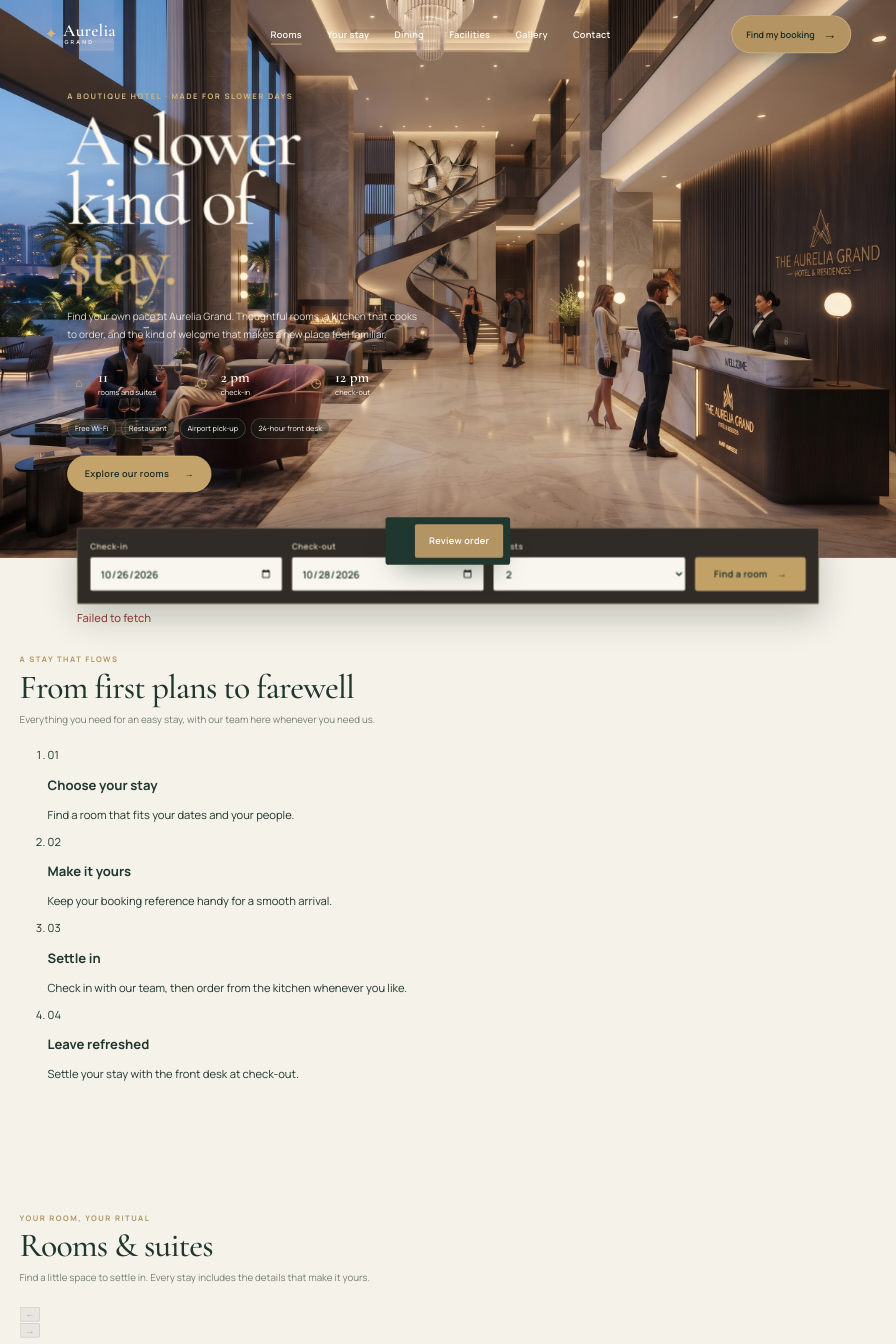
Repository: Deneththri/Hotel-System
Page: public/index.html
These files come from the project's save history. The page is drawn as it stood at one moment and after a run of saves; the edit follows.
The browser window is 1280 px wide. The pictures show the part of the page from y = 0 to 1920 px (the page is 3943 px tall before and 3866 px after), at 70% of full size.
The page's requests for data from a server got no answer.

Above is the page before, as saved 2026-11-08 01:41:45.

### public/index.html
<!DOCTYPE html>
<html lang="en">

<head>
  <meta charset="utf-8">
  <meta name="viewport" content="width=device-width,initial-scale=1">
  <meta name="theme-color" content="#17352d">
  <meta name="description" content="Find your own pace at Aurelia Grand. Thoughtful rooms, a kitchen that cooks to order, and a warm welcome.">
  <title>Aurelia Grand | A slower kind of stay</title>
  <link rel="preconnect" href="https://fonts.googleapis.com">
  <link rel="preconnect" href="https://fonts.gstatic.com" crossorigin>
  <link href="https://fonts.googleapis.com/css2?family=Cormorant+Garamond:wght@500;600;700&family=Manrope:wght@400;500;600;700&display=swap" rel="stylesheet">
  <link rel="stylesheet" href="style.css">
</head>

<body class="landing-page">
  <a class="skip-link" href="#main">Skip to content</a>
  <header class="nav">
    <div class="brand-wrap">
      <span class="brand-mark" aria-hidden="true">✦</span>
      <a class="brand brand-lockup" href="#top" aria-label="Aurelia Grand home"><span class="brand-name">Aurelia</span><span class="brand-subtitle">GRAND</span></a>
    </div>
    <nav class="main-nav" id="mainNav" aria-label="Main navigation">
      <a href="#stay">Rooms</a>
      <a href="#journey">Your stay</a>
      <a href="#dining">Dining</a>
      <a href="#facilities">Facilities</a>
      <a href="#gallery">Gallery</a>
      <a href="#contact">Contact</a>
    </nav>
    <a class="booking-pill" href="#manage">Find my booking <span aria-hidden="true">→</span></a>
    <button class="menu-toggle" type="button" aria-label="Open menu" aria-controls="mainNav" aria-expanded="false">☰</button>
  </header>

  <main id="main" class="landing-shell">
    <section class="hero" id="top" aria-labelledby="heroTitle">
      <div class="hero-copy">
        <p class="eyebrow">A BOUTIQUE HOTEL · MADE FOR SLOWER DAYS</p>
        <h1 class="hero-title" id="heroTitle"><span>A slower</span><span>kind of</span><span>stay.</span></h1>
        <p class="lead">Find your own pace at Aurelia Grand. Thoughtful rooms, a kitchen that cooks to order, and the kind of welcome that makes a new place feel familiar.</p>
        <div class="stats" aria-label="Hotel information">
          <div class="stat-item"><span class="stat-icon" aria-hidden="true">⌂</span><div><strong>11</strong><small>rooms and suites</small></div></div>
          <div class="stat-item"><span class="stat-icon" aria-hidden="true">◷</span><div><strong>2 pm</strong><small>check-in</small></div></div>
          <div class="stat-item"><span class="stat-icon" aria-hidden="true">◷</span><div><strong>12 pm</strong><small>check-out</small></div></div>
        </div>
        <div class="amen" aria-label="Hotel amenities">
          <span>Free Wi-Fi</span><span>Restaurant</span><span>Airport pick-up</span><span>24-hour front desk</span>
        </div>
        <a class="btn dark hero-cta" href="#search">Explore our rooms <span aria-hidden="true">→</span></a>
      </div>
    </section>

    <form id="search" class="card search booking-search" aria-label="Search room availability">
      <label>Check-in<input type="date" id="checkIn" required></label>
      <label>Check-out<input type="date" id="checkOut" required></label>
      <label>Guests<select id="guests">
        <option>1</option><option selected>2</option><option>3</option><option>4</option>
      </select></label>
      <button class="btn" type="submit">Find a room <span aria-hidden="true">→</span></button>
    </form>
    <p id="searchMsg" class="msg" role="status" aria-live="polite"></p>

    <section id="journey" class="section journey-section" aria-labelledby="journeyTitle">
      <div class="section-heading" data-reveal>
        <p class="eyebrow">A STAY THAT FLOWS</p>
        <h2 id="journeyTitle">From first plans to farewell</h2>
        <p class="muted">Everything you need for an easy stay, with our team here whenever you need us.</p>
      </div>
      <ol class="journey-track">
        <li class="journey-step" data-reveal><span class="journey-number">01</span><div><h3>Choose your stay</h3><p>Find a room that fits your dates and your people.</p></div></li>
        <li class="journey-step" data-reveal><span class="journey-number">02</span><div><h3>Make it yours</h3><p>Keep your booking reference handy for a smooth arrival.</p></div></li>
        <li class="journey-step" data-reveal><span class="journey-number">03</span><div><h3>Settle in</h3><p>Check in with our team, then order from the kitchen whenever you like.</p></div></li>
        <li class="journey-step" data-reveal><span class="journey-number">04</span><div><h3>Leave refreshed</h3><p>Settle your stay with the front desk at check-out.</p></div></li>
      </ol>
    </section>

    <section id="stay" class="section stay-section">
      <div class="section-heading" data-reveal>
        <p class="eyebrow">YOUR ROOM, YOUR RITUAL</p>
        <h2>Rooms &amp; suites</h2>
        <p class="muted">Find a little space to settle in. Every stay includes the details that make it yours.</p>
      </div>
      <div class="room-carousel">
        <button class="room-arrow room-arrow-prev" type="button" aria-label="Show previous rooms" aria-controls="rooms" disabled>&larr;</button>
        <div id="rooms" class="grid room-track" aria-live="polite" tabindex="0"></div>
        <button class="room-arrow room-arrow-next" type="button" aria-label="Show more rooms" aria-controls="rooms" disabled>&rarr;</button>
      </div>
    </section>

    <section id="facilities" class="section facilities-section">
      <div class="section-heading" data-reveal>
        <p class="eyebrow">THE LITTLE THINGS, TAKEN CARE OF</p>
        <h2>Make yourself at home</h2>
        <p class="muted">A thoughtful stay is made up of more than a room. Settle in, and let us take care of the rest.</p>
      </div>
      <div class="facility-grid">
        <article class="facility-card" data-reveal><span class="facility-icon" aria-hidden="true">⌁</span><h3>Room to unwind</h3><p>Comfortable rooms and suites with the details you need to slow down and settle in.</p></article>
        <article class="facility-card" data-reveal><span class="facility-icon" aria-hidden="true">✳</span><h3>Made-to-order dining</h3><p>Freshly prepared favourites from our kitchen, delivered to your room or ready to collect.</p></article>
        <article class="facility-card" data-reveal><span class="facility-icon" aria-hidden="true">◷</span><h3>Here whenever you need us</h3><p>Our front desk is available around the clock, with airport pick-up available on request.</p></article>
      </div>
    </section>

    <section id="gallery" class="section gallery-section">
      <div class="gallery-copy" data-reveal>
        <p class="eyebrow">A GLIMPSE OF OLU</p>
        <h2>Arrive, and exhale.</h2>
        <p class="muted">Tropical greenery, warm light and a welcome that feels like it has been waiting just for you.</p>
        <a class="text-link" href="#search">Find your stay <span aria-hidden="true">→</span></a>
      </div>
      <figure class="gallery-photo" data-reveal role="img" aria-label="A serene guest room opening onto the hotel garden"></figure>
    </section>

    <section id="dining" class="section dining">
      <div class="section-heading" data-reveal>
        <p class="eyebrow">FROM OUR KITCHEN</p>
        <h2>A little something delicious</h2>
        <p class="muted">Order from our kitchen. Add your booking reference at checkout and we'll bring it to your room.</p>
      </div>
      <div id="menuStatus" class="muted" role="status" aria-live="polite"></div>
      <div id="tabs" class="tabs" aria-label="Menu categories"></div>
      <div id="menu"></div>
    </section>

    <section id="contact" class="section contact-section">
      <div data-reveal>
        <p class="eyebrow">A WARM WELCOME, ALWAYS</p>
        <h2>We're here to help.</h2>
        <p class="muted">Need a hand with an upcoming stay? Look up your booking or browse the kitchen menu.</p>
      </div>
      <div class="contact-actions" data-reveal>
        <a class="btn dark" href="#manage">Find my booking <span aria-hidden="true">→</span></a>
        <a class="btn ghost" href="#dining">Explore dining</a>
      </div>
    </section>

    <section id="manage" class="section narrow">
      <div class="section-heading" data-reveal>
        <p class="eyebrow">YOUR STAY, AT YOUR FINGERTIPS</p>
        <h2>Find my booking</h2>
        <p class="muted">Enter your reference and the email you booked with to view or cancel.</p>
      </div>
      <form id="lookup" class="card lookup">
        <input id="lref" placeholder="Reference, e.g. OL-1A2B3C" aria-label="Booking reference" required>
        <input id="lemail" type="email" placeholder="Email address" aria-label="Booking email address" required>
        <button class="btn ghost" type="submit">Find booking</button>
      </form>
      <p id="lookupMsg" class="msg" role="status" aria-live="polite"></p>
      <div id="lookupResult"></div>
    </section>
  </main>

  <footer><a class="footer-brand" href="#top">Aurelia Grand</a><span>Thoughtful stays, at your own pace.</span><a href="#contact">Get in touch</a><a href="/admin.html">Staff sign in</a></footer>
  <div class="cartbar" id="cartbar"><span></span><button class="btn" id="reviewBtn">Review order</button></div>
  <button class="pill" id="pill" hidden></button>
  <div id="modal" class="modal" hidden>
    <div class="sheet card" role="dialog" aria-modal="true" aria-labelledby="sheetTitle">
      <button class="x" id="close" aria-label="Close">&times;</button>
      <div id="sheetBody"></div>
    </div>
  </div>
  <script src="app.js"></script>
</body>

</html>

Loaded but not shown: public/app.js (140 lines, source omitted); public/style.css (2843 lines, source omitted)

After the next 3 saves:
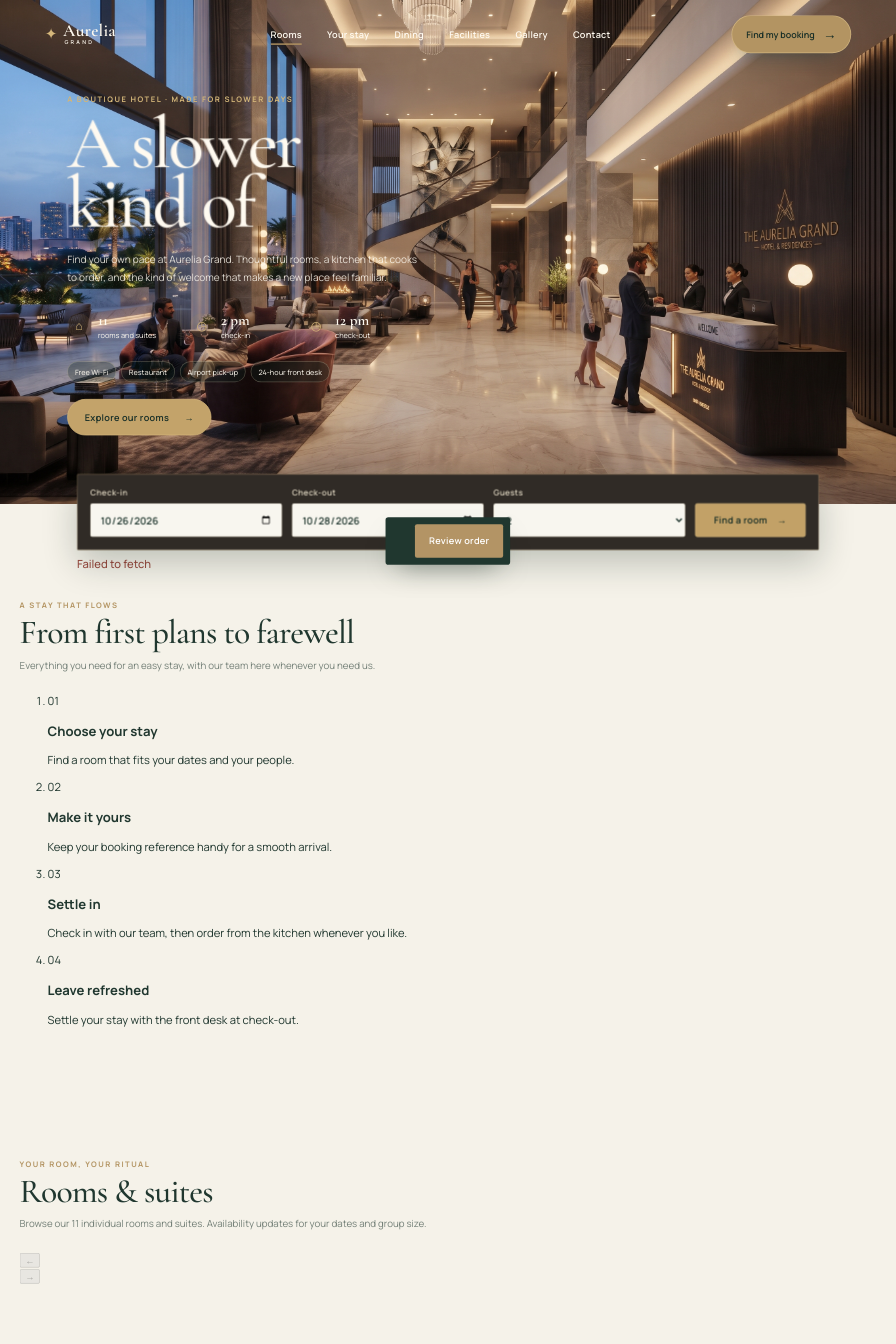
The 3 saves are shown as one change because they came seconds apart.
The last was saved 12 h 13 min later.
--- a/public/index.html
+++ b/public/index.html
@@ -36,7 +36,7 @@
     <section class="hero" id="top" aria-labelledby="heroTitle">
       <div class="hero-copy">
         <p class="eyebrow">A BOUTIQUE HOTEL · MADE FOR SLOWER DAYS</p>
-        <h1 class="hero-title" id="heroTitle"><span>A slower</span><span>kind of</span><span>stay.</span></h1>
+        <h1 class="hero-title" id="heroTitle"><span>A slower</span><span>kind of</span><stay.</span></h1>
         <p class="lead">Find your own pace at Aurelia Grand. Thoughtful rooms, a kitchen that cooks to order, and the kind of welcome that makes a new place feel familiar.</p>
         <div class="stats" aria-label="Hotel information">
           <div class="stat-item"><span class="stat-icon" aria-hidden="true">⌂</span><div><strong>11</strong><small>rooms and suites</small></div></div>
@@ -78,8 +78,9 @@
       <div class="section-heading" data-reveal>
         <p class="eyebrow">YOUR ROOM, YOUR RITUAL</p>
         <h2>Rooms &amp; suites</h2>
-        <p class="muted">Find a little space to settle in. Every stay includes the details that make it yours.</p>
+        <p class="muted">Browse our 11 individual rooms and suites. Availability updates for your dates and group size.</p>
       </div>
+      <p class="room-results-meta" id="roomResultsMeta" role="status" aria-live="polite"></p>
       <div class="room-carousel">
         <button class="room-arrow room-arrow-prev" type="button" aria-label="Show previous rooms" aria-controls="rooms" disabled>&larr;</button>
         <div id="rooms" class="grid room-track" aria-live="polite" tabindex="0"></div>

After the save that followed:
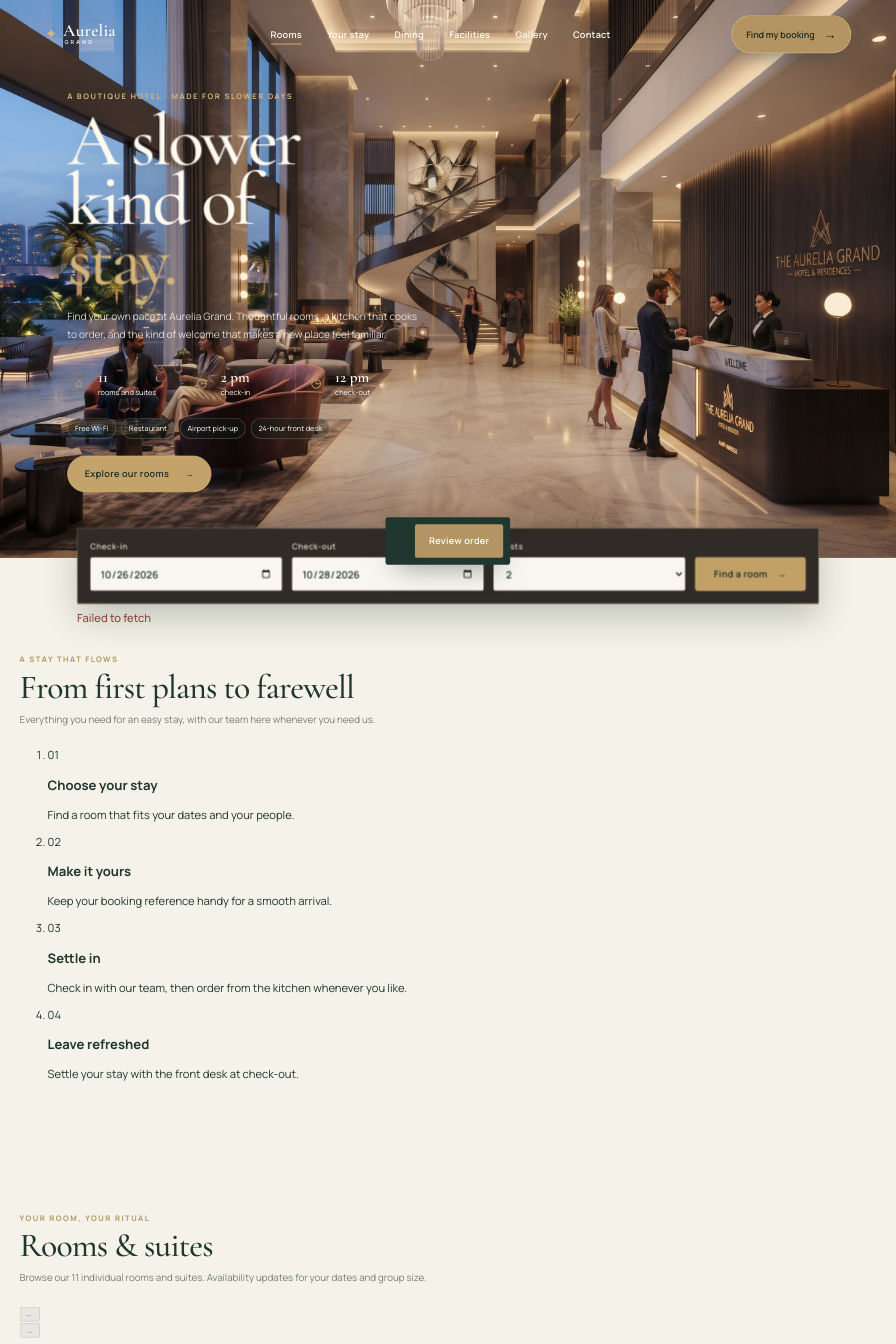
Saved 4 s later.
--- a/public/index.html
+++ b/public/index.html
@@ -36,7 +36,7 @@
     <section class="hero" id="top" aria-labelledby="heroTitle">
       <div class="hero-copy">
         <p class="eyebrow">A BOUTIQUE HOTEL · MADE FOR SLOWER DAYS</p>
-        <h1 class="hero-title" id="heroTitle"><span>A slower</span><span>kind of</span><stay.</span></h1>
+        <h1 class="hero-title" id="heroTitle"><span>A slower</span><span>kind of</span><span>stay.</span></h1>
         <p class="lead">Find your own pace at Aurelia Grand. Thoughtful rooms, a kitchen that cooks to order, and the kind of welcome that makes a new place feel familiar.</p>
         <div class="stats" aria-label="Hotel information">
           <div class="stat-item"><span class="stat-icon" aria-hidden="true">⌂</span><div><strong>11</strong><small>rooms and suites</small></div></div>
